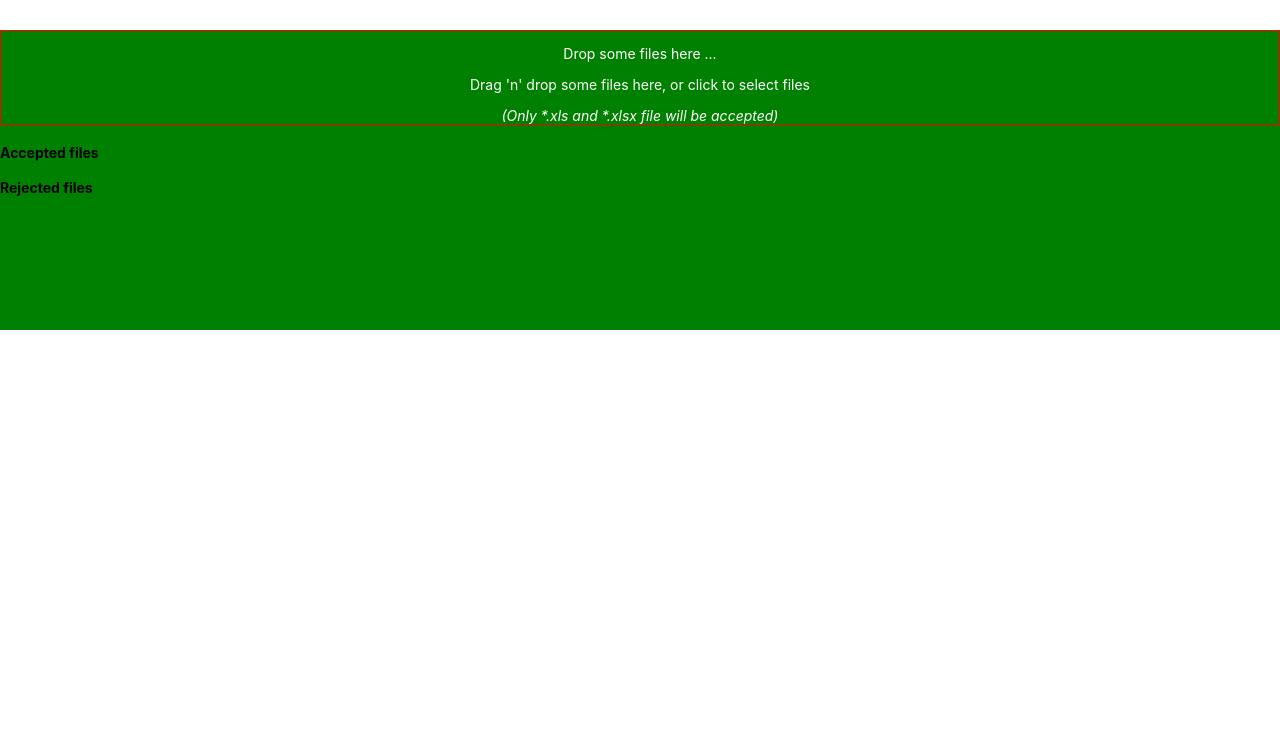
Repository: enigmawxy/abi2020
Page: /
These files come from the project's save history. The page is drawn as it stood at one moment and after the next save; the edit follows.
The browser window is 1280 px wide. The pictures show the whole page.
The page's requests for data from a server got no answer. The project was rebuilt for these pictures with package versions that can differ from the ones it lists, and the page was loaded fresh each time. No one was signed in, and anything a server would have sent is missing. Also part of the build but not shown: src/components/login/login.scss, src/components/login/login.jsx, src/common/header.scss, src/common/header.jsx, src/common/footer.scss, src/common/footer.jsx, src/components/register/content.scss, src/components/register/content.jsx and 3 more.

Above is the page before, as saved 2020-08-19 10:40:42.

After the next save:
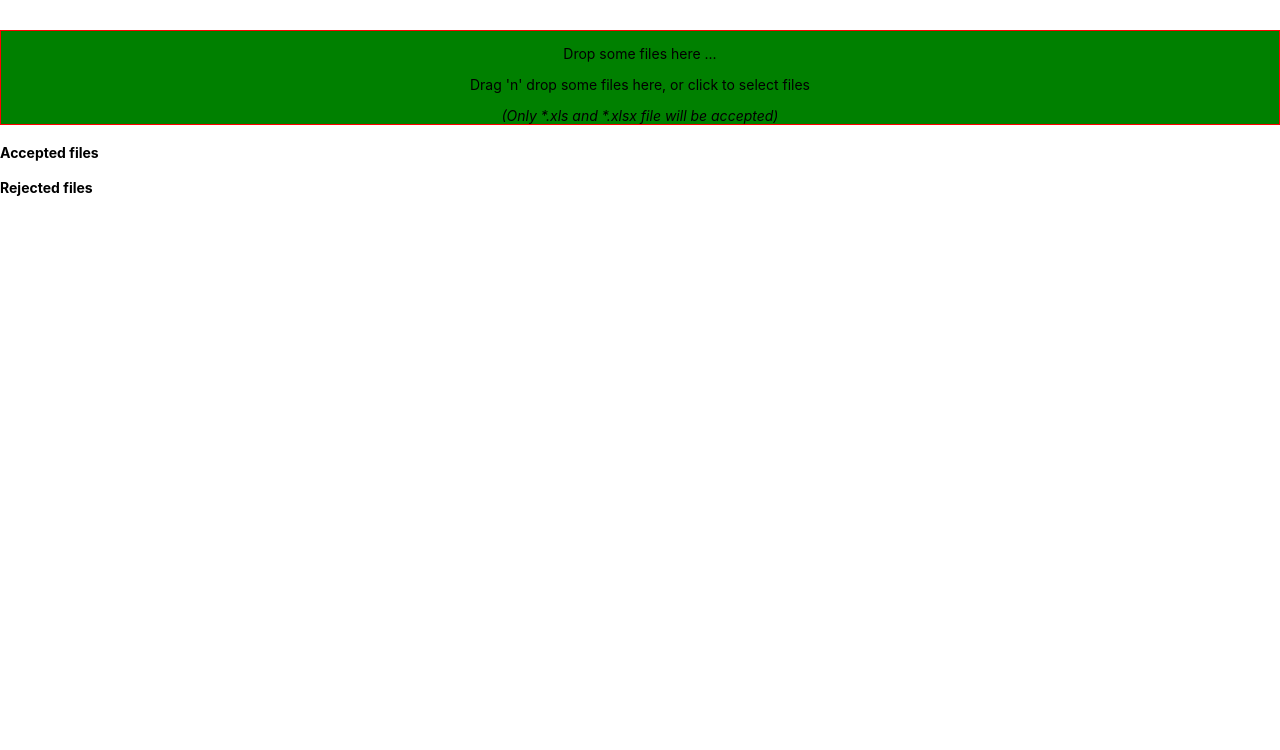
Saved 46 s later.
--- a/src/common/Accept.scss
+++ b/src/common/Accept.scss
@@ -2,12 +2,12 @@
     width: 100%;
     height: 300px;
     margin-top: 30px;
-    background: green;
     .dropzone {
+        background: green;
         border: 1px solid red;
         text-align: center;
         p, em {
-            color: #fff;
+            color: black;
         }
     }
 }
